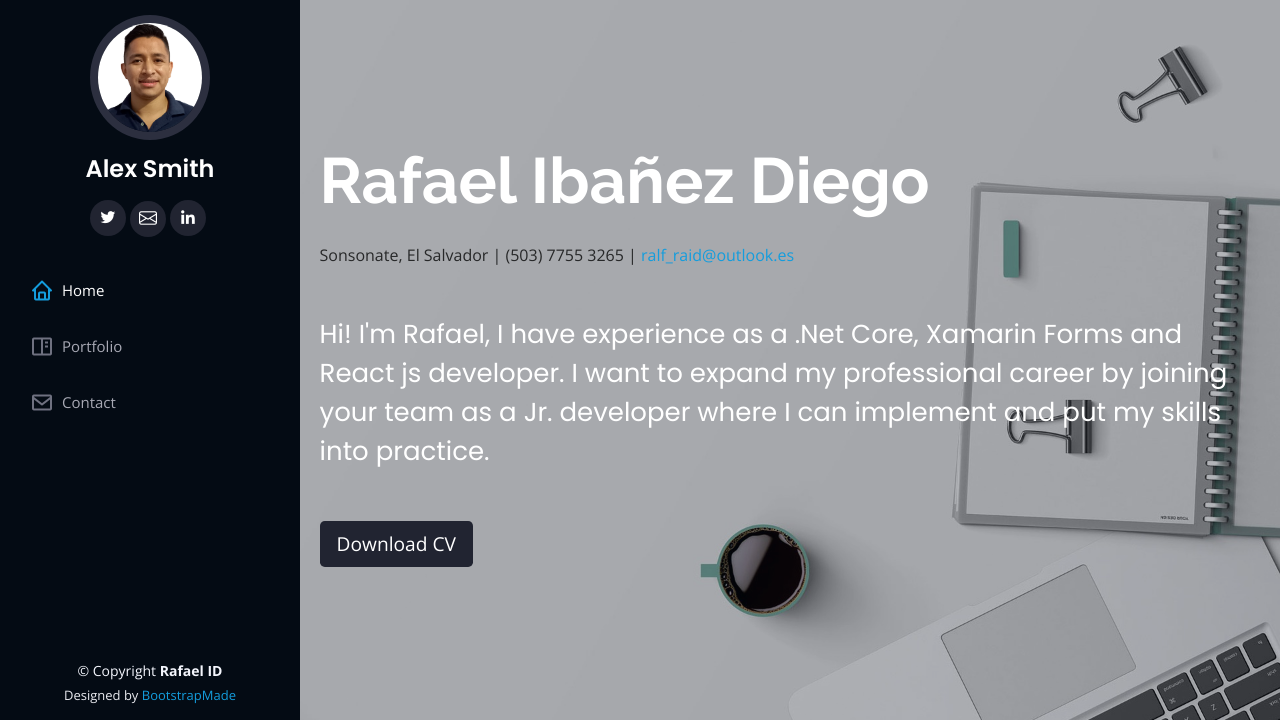
Repository: ralfId/myportfolio
Page: /
The author's editor kept a copy of each file at every save. The page is drawn from the files as they stood at one save, then again after the next save.
The browser window is 1280 px wide. The pictures show the whole page.
The project was rebuilt for these pictures with package versions that can differ from the ones it lists, and the page was loaded fresh each time. Also part of the build but not shown: src/data/projects.js, src/components/Projects/ProjectItem.js, src/components/Projects/ProjectIndex.js, src/helpers/ProjectById.js, src/components/Projects/ProjectDetail.js.

Above is the page before, as saved 2021-09-20 18:07:57.

After the next save:
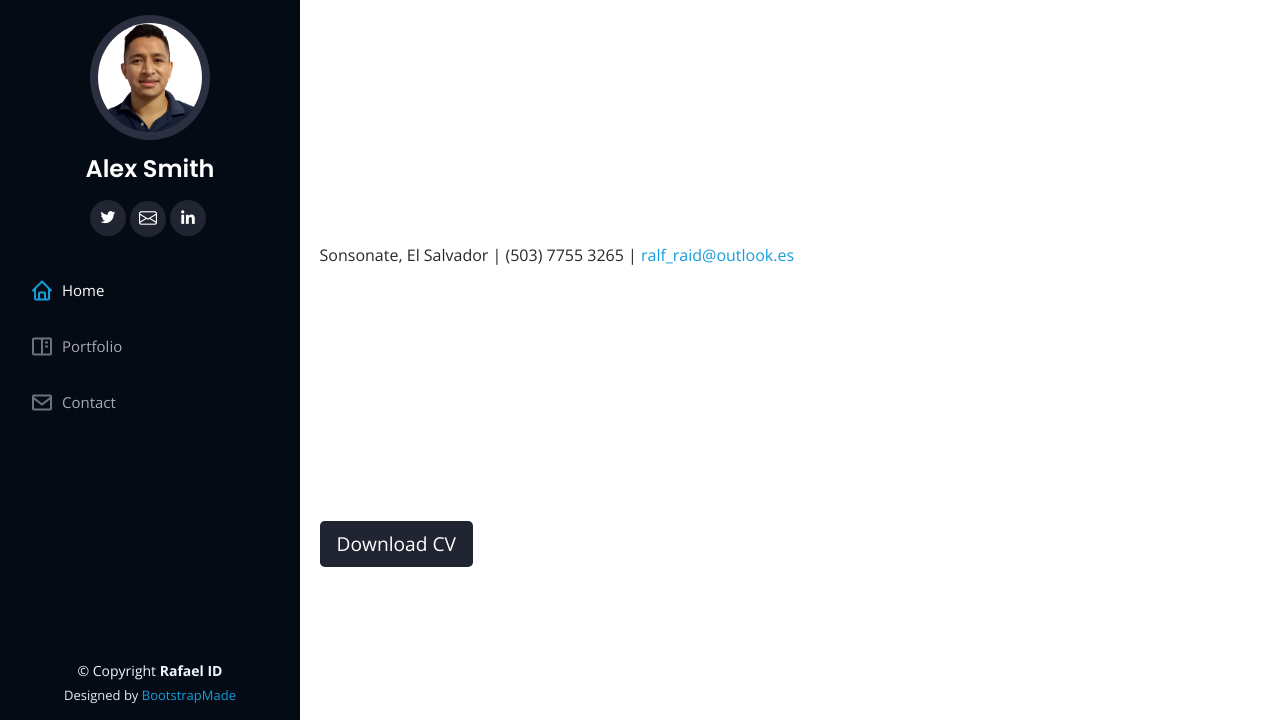
Saved 65 s later.
--- a/public/css/style.css
+++ b/public/css/style.css
@@ -240,13 +240,13 @@ h6 {
 #hero {
     width: 100%;
     height: 100vh;
-    background: url("../img/hero-bg.jpg") top center;
+    /* background: url("../img/hero-bg.jpg") top center; */
     background-size: cover;
   }
 
   #hero:before {
     content: "";
-    background: rgba(5, 13, 24, 0.3);
+    /* background: rgba(5, 13, 24, 0.3); */
     position: absolute;
     bottom: 0;
     top: 0;
